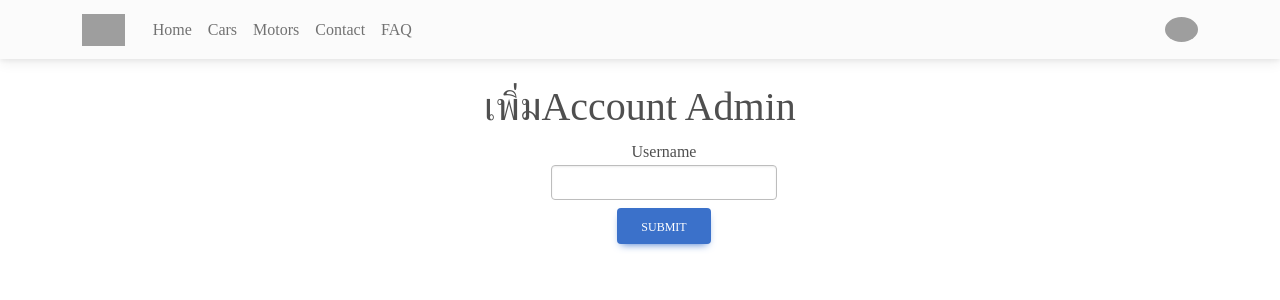
Repository: armychawakorn/Rent4U-Java
Page: http://localhost/miniproject/Admin/addusers.jsp
An editor plug-in stored every save of this project. The page is shown before and after the next save, followed by the edit.
The browser window is 1280 px wide. The pictures show the whole page.
Pictures or frames that could not be fetched are drawn as grey boxes. Some web fonts or font styles are not loaded; a fallback is used. Some web libraries are served in a nearby version. The page is served by Tomcat 9.

Above is the page before, as saved 2023-10-28 19:49:44.

After the next save:
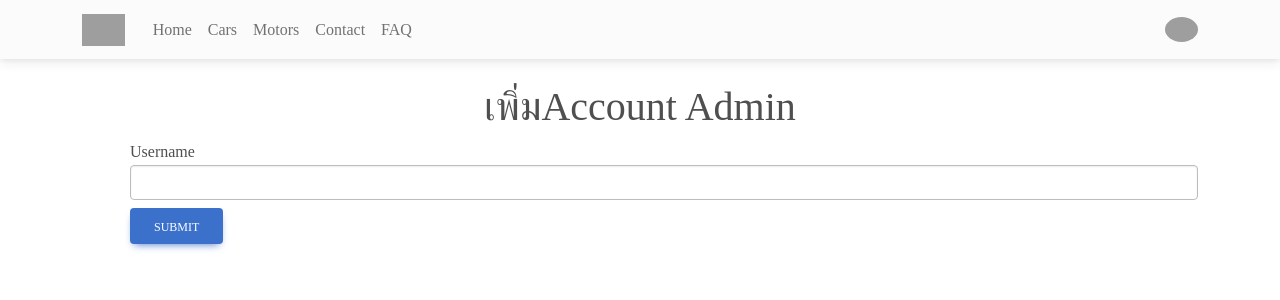
Saved 23 s later.
--- a/miniproject/src/main/webapp/Admin/addusers.jsp
+++ b/miniproject/src/main/webapp/Admin/addusers.jsp
@@ -19,22 +19,20 @@
 <link rel="stylesheet" href="../css/Bootstrap.css">
 </head>
 <body>
-	<%@ include file="../components/Nav.jsp"%>
+	<%@ include file="../components/Nav.jsp" %>
 	<div class="container dashboard-fade">
 		<div class="pt-4 text-center">
 			<h1>เพิ่มAccount Admin</h1>
 		</div>
-		<div class="d-flex justify-content-center text-center">
-			<form action="../Backend/AddUser.jsp" method="POST" class="ps-5">
-				<div class="form-group">
-					<label for="Customer">Username</label> <input type="text"
-						id="username" name="username" class="form-control">
-				</div>
-				<div class="pt-2">
-					<button type="submit" class="btn btn-primary">Submit</button>
-				</div>
-			</form>
-		</div>
+		<form action="../Backend/AddUser.jsp" method="POST" class="ps-5">
+			<div class="form-group">
+				<label for="Customer">Username</label>
+				<input type="text" id="username" name="username" class="form-control">
+			</div>
+			<div class="pt-2">
+				<button type="submit" class="btn btn-primary">Submit</button>
+			</div>
+		</form>
 	</div>
 </body>
 <script type="text/javascript"
